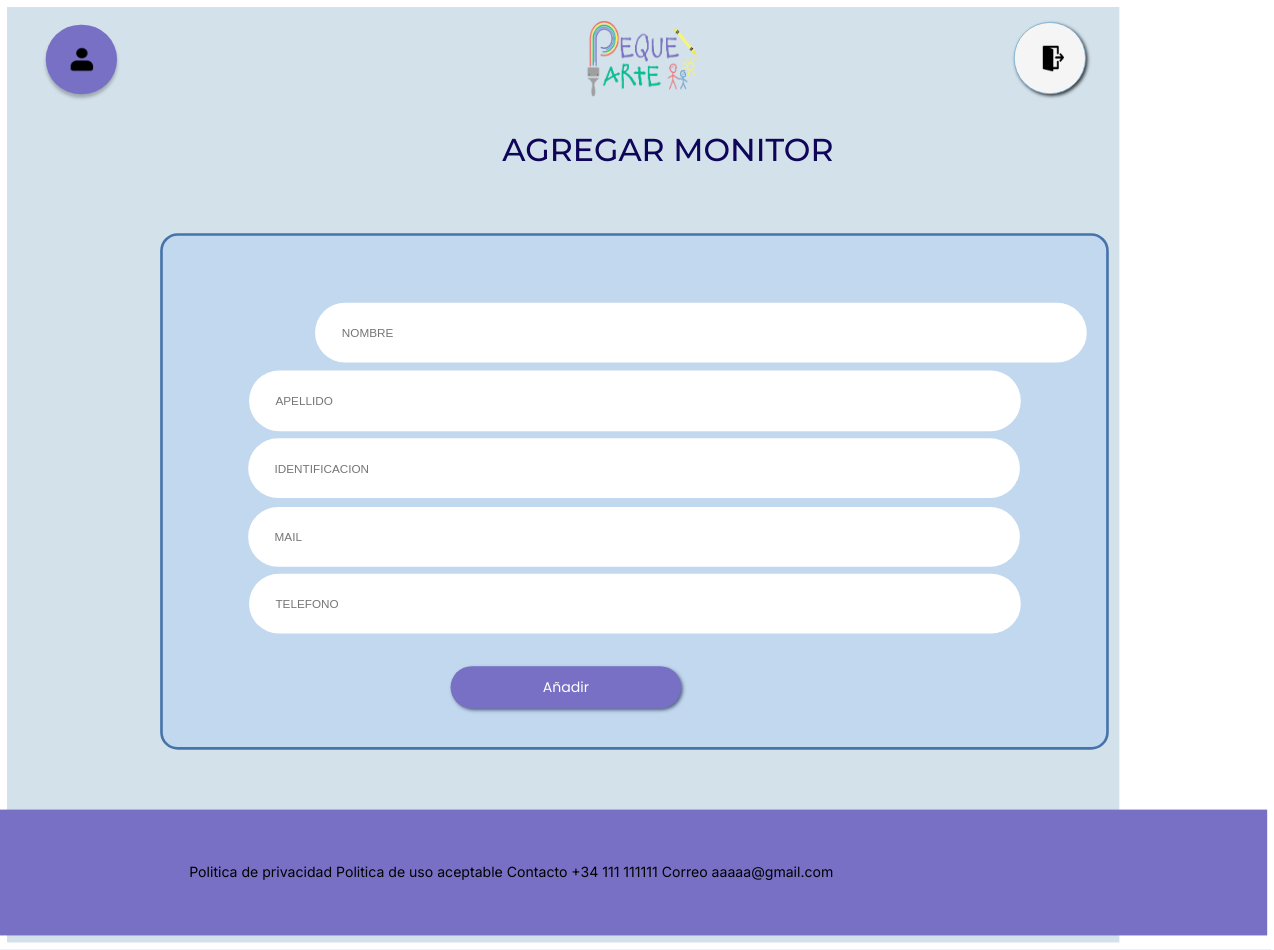
Repository: maariadomiingo/Proyecto-Integrador-Campamento
Page: html/agregarMonitor.html
These files come from the project's save history. The page is drawn as it stood at one moment and after the next save; the edit follows.
The browser window is 1280 px wide. The page is 1448 px wide, so the pictures cover 1448 px, including what lies to the right of the window. The pictures show the whole page, at 88% of full size.

Above is the page before, as saved 2025-02-13 11:14:02.

### html/agregarMonitor.html
<!DOCTYPE html>
<html lang="en">
  <head>
    <meta charset="UTF-8" />
    <meta name="viewport" content="width=device-width, initial-scale=1.0" />
    <title>Agregar Monitor</title>
    <link rel="stylesheet" href="https://fonts.googleapis.com/css2?family=Montserrat:wght@500&display=swap" />
<link rel="stylesheet" href="https://fonts.googleapis.com/css2?family=Poppins:wght@400&display=swap" />
<link rel="stylesheet" href="https://fonts.googleapis.com/css2?family=Inter:wght@400&display=swap" />
    <link rel="stylesheet" href="../css/agregarMonitor.css" />
  </head>
  <body>
      <!-- Iconos de usuario y salir -->
  <div class="circulo"></div>
  <img class="icono-usuario" src="../img/user.png" />
  <div class="circulo-salir">
    <img class="icono-salir" src="../img/cerrar-sesion.png" />
  </div>

  <div class="fondo">
    <div class="main-container">
      <img src="../img/logo sin fondo.png" class="logo" />
      <span class="span">AGREGAR MONITOR</span>

      <div class="caja-azul">

</div>

      </div>

<!--       cambiarnombre class: nombre, apellido,mail,telefono,identificacion en html y css
 -->      <input type="text" class="nombre" name="nombre" placeholder="NOMBRE">
      <input type="text" class="apellido" name="apellido" placeholder="APELLIDO">
      <input type="email" class="mail" name="mail" placeholder="MAIL">
      <input type="text" class="telefono" name="telefono" placeholder="TELEFONO">
      <input type="text" class="identificacion" name="IDENTIFICACION" placeholder="IDENTIFICACION">

      <button class="primary-buttons">
        <span class="button">Añadir</span>
      </button>
      <div class="rectangle-a"></div>
      <span class="politica-de-privacidad">Politica de privacidad Politica de uso aceptable Contacto +34 111 111111 Correo aaaaa@gmail.com</span>
    </div>
  </body>
</html>

### css/agregarMonitor.css
:root {
  --default-font-family: -apple-system, BlinkMacSystemFont, "Segoe UI", Roboto,
    Ubuntu, "Helvetica Neue", Helvetica, Arial, "PingFang SC",
    "Hiragino Sans GB", "Microsoft Yahei UI", "Microsoft Yahei",
    "Source Han Sans CN", sans-serif;
}

.circulo {
  width: 81px;
  height: 79px;
  left: 52px;
  top: 28px;
  position: absolute;
  background: #7770C5;
  box-shadow: 0px 4px 4px rgba(0, 0, 0, 0.25);
  border-radius: 9999px;
  z-index: 90;
}

.icono-usuario {
  width: 34px;
  height: 31px;
  left: 76px;
  top: 52px;
  position: absolute;
  z-index: 90;

}

.circulo-salir {
  width: 80px;
  height: 80px;
  left: 90%;
  top: 25px;
  position: absolute;
  background: #F5F5F5;
  box-shadow: 2px 2px 4px rgba(0, 0, 0, 0.75);
  border-radius: 9999px;
  border: 1px #7AB3D7 solid;
  z-index: 90;

}

.icono-salir {
  align-content: center;
  top: 26px;
  left: 32px;
  width: 24px;
  height: 29px;
  position: absolute;
  z-index: 90;
}


.main-container {
  overflow: hidden;
}

.main-container,
.main-container * {
  box-sizing: border-box;
}

input,
select,
textarea,
button {
  outline: 0;
}

.main-container {
  position: relative;
  width: 1440px;
  height: 1063px;
  margin: 0 auto;
}
.fondo {
  width: 100%;
  height: 100%;
  top: 0;
  left: 0;
  background: #d3e1eb;
}
.logo {
  position: absolute;
  width: 10%;
  height: 10%;
  top: 0.5%;
  left: 45%;
  z-index: 20;
}

.span {
  display: flex;
  align-items: flex-start;
  justify-content: center;
  position: absolute;
  width: 636px;
  height: 116px;
  top: 141px;
  left: 433px;
  color: #0f0559;
  font-family: Montserrat, var(--default-font-family);
  font-size: 36px;
  font-weight: 500;
  line-height: 43.884px;
  text-align: center;
  z-index: 3;
}
.caja-azul {
  position: absolute;
  width: 1078px;
  height: 587px;
  top: 257px;
  left: 174px;
  background: rgba(176, 207, 241, 0.5);
  border: 3px solid #4674aa;
  z-index: 4;
  border-radius: 20px;
}
.nombre{
  position: absolute;
  width: 860px;
  height: 66px;
  top: 344px;
  left: 28%;
  cursor: pointer;
  background: #ffffff;
  border: none;
  z-index: 9;
  border-radius: 50px;

}

.apellido {
  position: absolute;
  width: 860px;
  height: 67px;
  top: 421px;
  left: 283px;
  cursor: pointer;
  background: #ffffff;
  border: none;
  z-index: 7;
  border-radius: 50px;
}


.identificacion {
  position: absolute;
  width: 860px;
  height: 66px;
  top: 498px;
  left: 282px;
  cursor: pointer;
  background: #ffffff;
  border: none;
  z-index: 9;
  border-radius: 50px;
}
.mail {
  position: absolute;
  width: 860px;
  height: 66px;
  top: 576px;
  left: 282px;
  cursor: pointer;
  background: #ffffff;
  border: none;
  z-index: 9;
  border-radius: 50px;
}


.telefono {
  position: absolute;
  width: 860px;
  height: 66px;
  top: 652px;
  left: 283px;
  cursor: pointer;
  background: #ffffff;
  border: none;
  z-index: 9;
  border-radius: 50px;
}

.nombre, .apellido, .mail, .telefono, .identificacion {
  padding-left: 15px;
  text-indent: 15px;
}

.primary-buttons {
  display: flex;
  align-items: center;
  justify-content: center;
  flex-wrap: nowrap;
  gap: 16px;
  position: absolute;
  width: 262px;
  height: 48px;
  top: 757px;
  left: 427px;
  padding: 16px 16px 16px 16px;
  cursor: pointer;
  background: #7770c5;
  border: none;
  z-index: 5;
  border-radius: 32px;
  box-shadow: 2px 2px 4px 0 rgba(51, 62, 99, 0.75);
  left: 40%;
}
.button {
  flex-shrink: 0;
  flex-basis: auto;
  position: relative;
  height: 22px;
  color: #ffffff;
  font-family: Poppins, var(--default-font-family);
  font-size: 16px;
  font-weight: 400;
  line-height: 22px;
  text-align: center;
  white-space: nowrap;
  z-index: 6;
}
.rectangle-a {
  position: absolute;
  width: 1440px;
  height: 143px;
  top: 920px;
  left: 0;
  background: #7770c5;
  z-index: 17;
}
.politica-de-privacidad {
  display: flex;
  align-items: flex-start;
  justify-content: flex-start;
  position: absolute;
  height: 19px;
  top: 982px;
  left: 215px;
  color: #000000;
  font-family: Inter, var(--default-font-family);
  font-size: 16px;
  font-weight: 400;
  line-height: 19px;
  text-align: left;
  white-space: nowrap;
  z-index: 18;
}

After the next save:
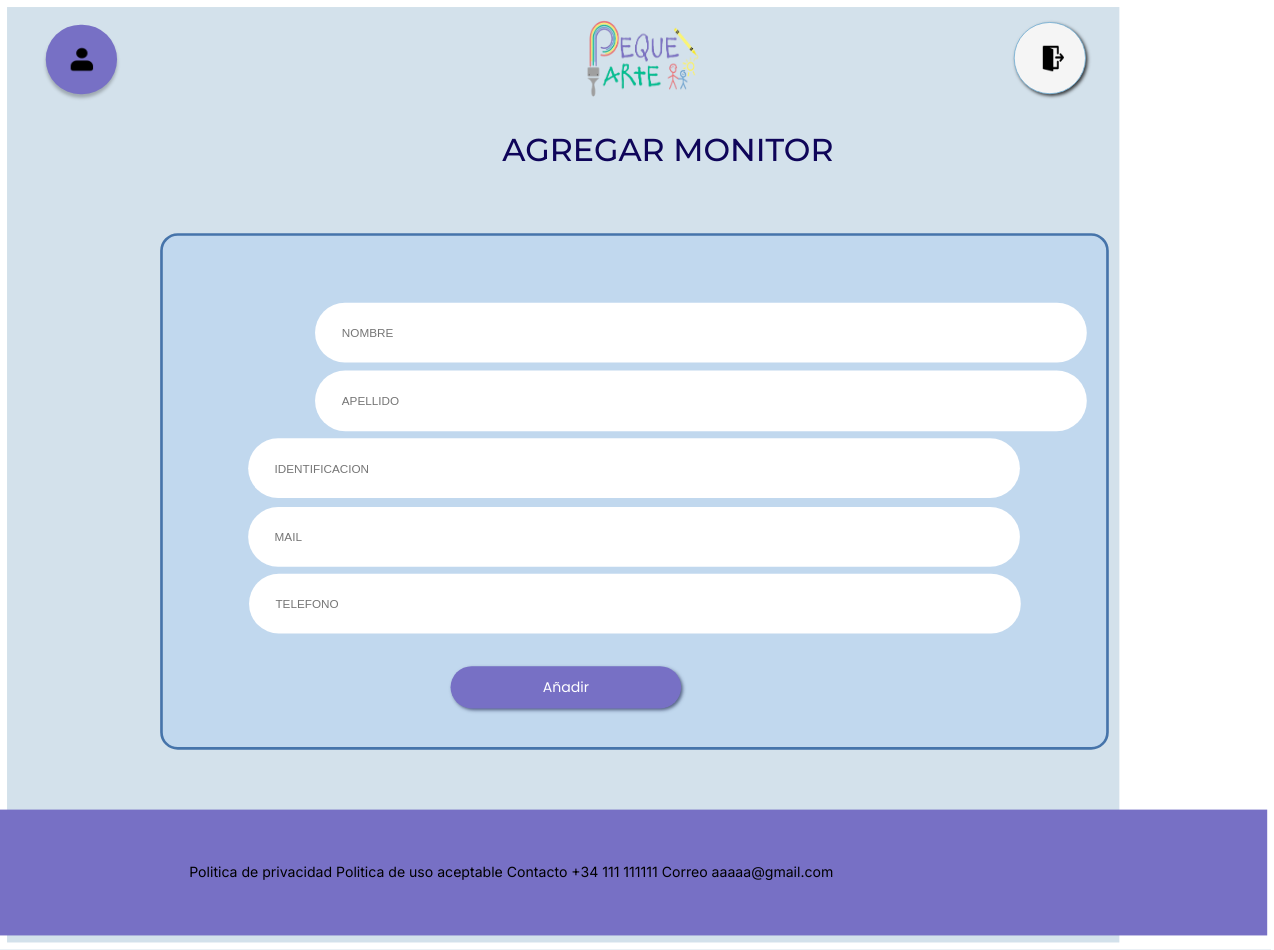
Saved 8 s later.
--- a/css/agregarMonitor.css
+++ b/css/agregarMonitor.css
@@ -137,7 +137,7 @@ button {
   width: 860px;
   height: 67px;
   top: 421px;
-  left: 283px;
+  left: 28%;
   cursor: pointer;
   background: #ffffff;
   border: none;
